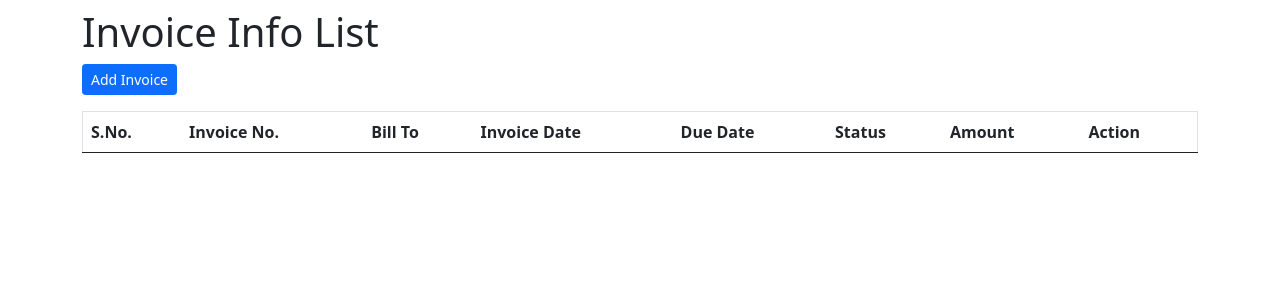
Repository: Aayush13013/Invoice_Management_app
Page: http://localhost/invoiceInfo/WEB-INF/jsp/Home.jsp
The author's editor kept a copy of each file at every save. The page is drawn from the files as they stood at one save, then again after the next save.
The browser window is 1280 px wide. The pictures show the whole page.
The page is served by Tomcat 9. Nobody is signed in. Other server files are loaded and not shown. The template is opened directly, without the code that normally fills it, so the values that code supplies are empty.

Above is the page before, as saved 2021-12-27 18:26:10.

### invoiceInfo/invoiceInfo/src/main/webapp/WEB-INF/jsp/Home.jsp
<%@ page language="java" contentType="text/html; charset=ISO-8859-1"
	pageEncoding="ISO-8859-1"%>
<%@ taglib prefix="form" uri="http://www.springframework.org/tags/form"%>

<%@ taglib prefix="c" uri="http://java.sun.com/jsp/jstl/core"%>

<!doctype html>
<html lang="en" xmlns:th="http://www.thymeleaf.org">
<head>
<meta charset="UTF-8">
<meta name="viewport"
	content="width=device-width, user-scalable=no, initial-scale=1.0, maximum-scale=1.0, minimum-scale=1.0">
<meta http-equiv="X-UA-Compatible" content="ie=edge">
<title>Invoice Info List</title>
<link
	href="https://cdn.jsdelivr.net/npm/bootstrap@5.0.2/dist/css/bootstrap.min.css"
	rel="stylesheet"
	integrity="sha384-EVSTQN3/azprG1Anm3QDgpJLIm9Nao0Yz1ztcQTwFspd3yD65VohhpuuCOmLASjC"
	crossorigin="anonymous">
</head>
<body>
	<div class="container my-2">
		<h1>Invoice Info List</h1>
		<a href="http://localhost:9191/openNewInvoiceInfoForm"
			class="btn btn-primary btn-sm mb-3">Add Invoice</a>
		<table border="1" class="table table-striped table-responsive-md">
			<thead>
				<tr>
					<th>S.No.</th>
					<th>Invoice No.</th>
					<th>Bill To</th>
					<th>Invoice Date</th>
					<th>Due Date</th>
					<th>Status</th>
					<th>Amount</th>
					<th>Action</th>
				</tr>
			</thead>

			<tbody>
				<c:forEach var="invoiceInfo" items="${InvoiceInfoList}">
					<tr>
						<td>${invoiceInfo.id}</td>
						<td>${invoiceInfo.invoiceNo}</td>
						<td>${invoiceInfo.billTo}</td>
						<td>${invoiceInfo.invoiceDate}</td>
						<td>${invoiceInfo.dueDate}</td>
						<td>${invoiceInfo.status}</td>
						<td>${invoiceInfo.grandTotal}</td>

						<td><a
							href="http://localhost:9191/editInvoiceForm/${invoiceInfo.id}"
							class="btn btn-primary">Edit</a> <a
							href="http://localhost:9191/deleteInvoiceByid/${invoiceInfo.id}"
							class="btn btn-danger">Delete</a></td>
					</tr>
				</c:forEach>
			</tbody>
		</table>
		<div id="pagination">

			<c:url value="/list" var="prev">
				<c:param name="page" value="${page-1}" />
			</c:url>
			<c:if test="${page > 1}">
				<a href="<c:out value="${prev}" />" class="pn prev">Prev</a>
			</c:if>

			<c:forEach begin="1" end="${maxPages}" step="1" varStatus="i">
				<c:choose>
					<c:when test="${page == i.index}">
						<span>${i.index}</span>
					</c:when>
					<c:otherwise>
						<c:url value="/list" var="url">
							<c:param name="page" value="${i.index}" />
						</c:url>
						<a href='<c:out value="${url}" />'>${i.index}</a>
					</c:otherwise>
				</c:choose>
			</c:forEach>
			<c:url value="/list" var="next">
				<c:param name="page" value="${page + 1}" />
			</c:url>
			<c:if test="${page + 1 <= maxPages}">
				<a href='<c:out value="${next}" />' class="pn next">Next</a>
			</c:if>
		</div>

		<%--  <c:if test="${data.size() > 0 }">

        	<div class="row col-sm-10">
        		<div class="col-sm-2">
        			Total Rows:${totalItems }
        		</div>
        		<div class= "col-sm-1">
        			<c:forEach begin="0" end="${totalPages-1}" var="page">
        				<a href="/page/${page }"></a>
        			</c:forEach>
        		</div>

        	</div>


        </c:if> --%>

	</div>
</body>
</html>

After the next save:
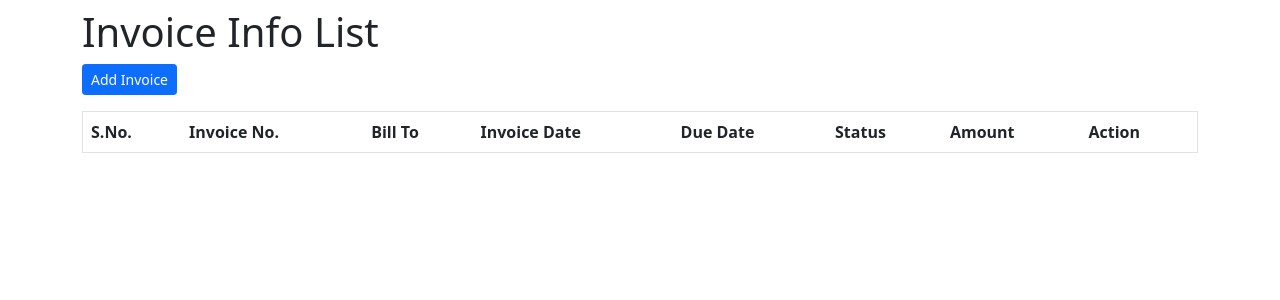
Saved 13 s later.
--- a/invoiceInfo/invoiceInfo/src/main/webapp/WEB-INF/jsp/Home.jsp
+++ b/invoiceInfo/invoiceInfo/src/main/webapp/WEB-INF/jsp/Home.jsp
@@ -37,7 +37,7 @@
 				</tr>
 			</thead>
 
-			<tbody>
+			<%-- <tbody>
 				<c:forEach var="invoiceInfo" items="${InvoiceInfoList}">
 					<tr>
 						<td>${invoiceInfo.id}</td>
@@ -55,7 +55,7 @@
 							class="btn btn-danger">Delete</a></td>
 					</tr>
 				</c:forEach>
-			</tbody>
+			</tbody> --%>
 		</table>
 		<div id="pagination">
 
